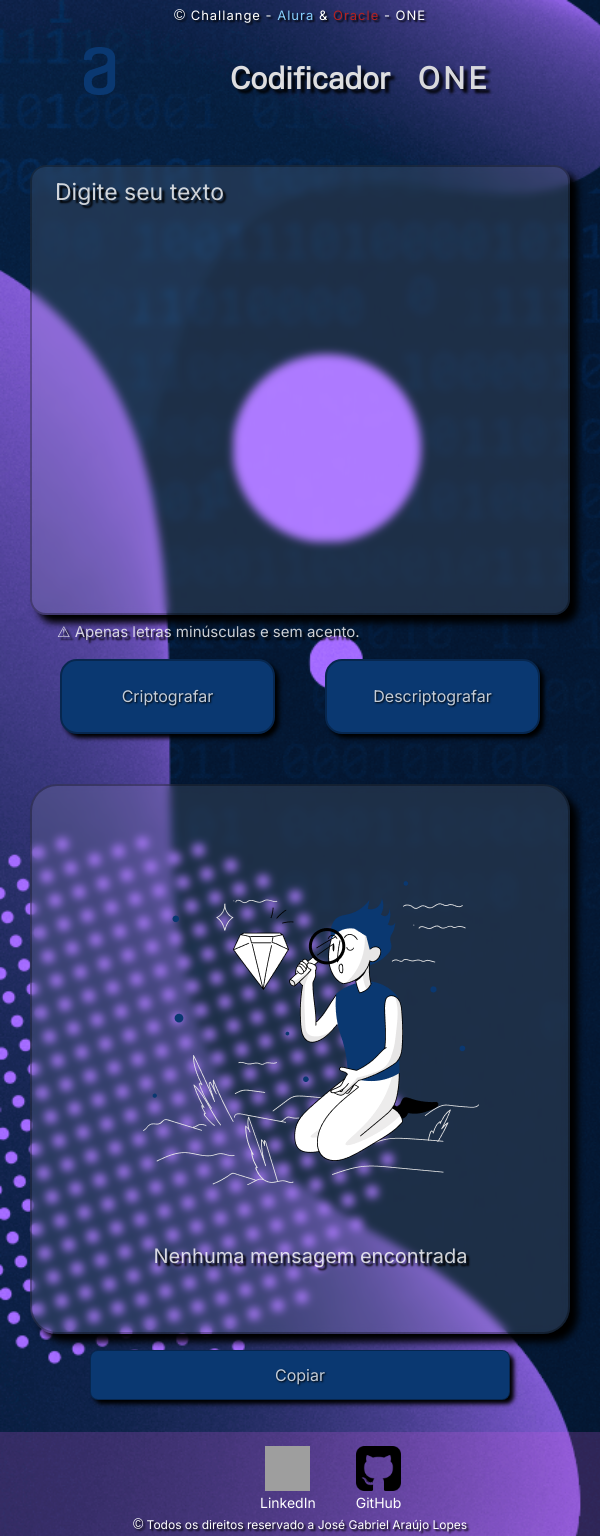
Repository: GabbrielLopes/Decodificador-ONE-Challange-Alura
Page: index.html
The author's editor kept a copy of each file at every save. The page is drawn from the files as they stood at one save, then again after a run of saves.
The browser window is 600 px wide. The pictures show the whole page.
Pictures or frames that could not be fetched are drawn as grey boxes.

Above is the page before, as saved 2022-05-11 23:15:51.

After the next 2 saves:
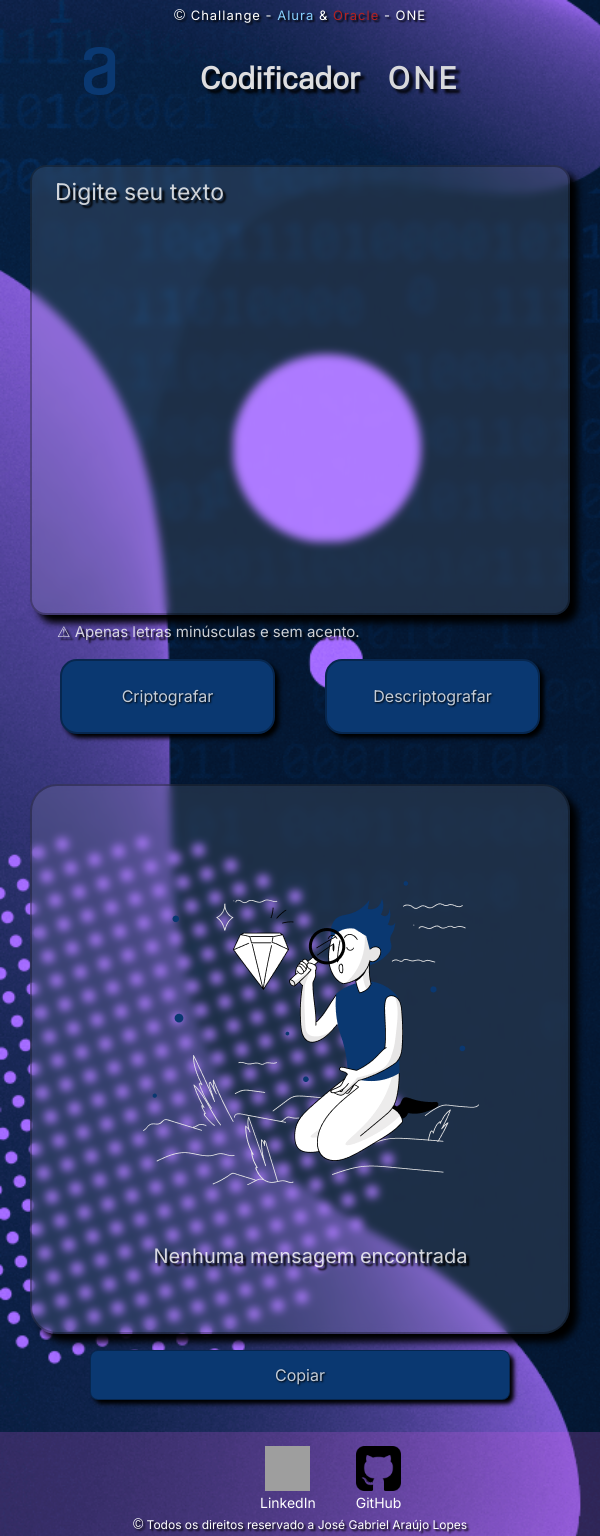
The 2 saves are shown as one change because they came seconds apart.
The last was saved 7 s later.
--- a/css/media.css
+++ b/css/media.css
@@ -5,7 +5,7 @@
         letter-spacing: normal;
         align-self: center;
         flex-direction: row;
-        margin-left: 5%;
+        margin-left: 0;
     }
 
     .main {
